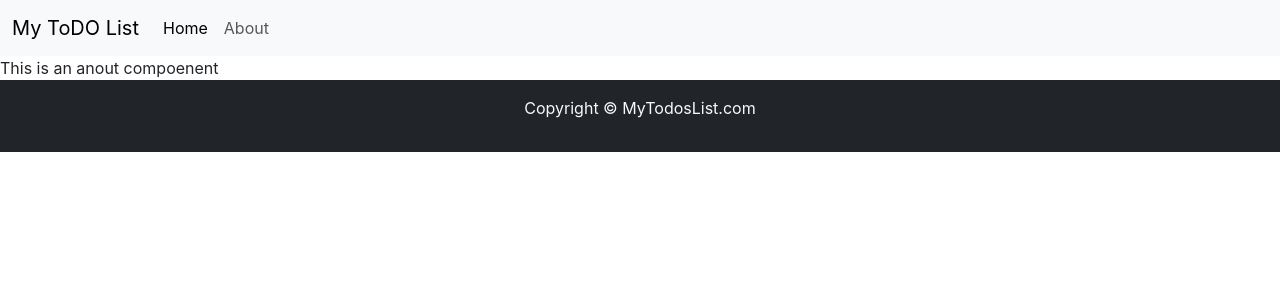
Repository: AshwinUgale/ToDoList
Page: /about
These files come from the project's save history. The page is drawn as it stood at one moment and after the next save; the edit follows.
The browser window is 1280 px wide. The pictures show the whole page.
The project was rebuilt for these pictures with package versions that can differ from the ones it lists, and the page was loaded fresh each time. Also part of the build but not shown: src/App.css, src/MyComponents/TodoItem.js, src/MyComponents/Todos.js, src/MyComponents/AddTodo.js.

Above is the page before, as saved 2024-12-21 18:57:13.

### public/index.html
<!DOCTYPE html>
<html lang="en">
  <head>
    <meta charset="utf-8" />
    <link rel="icon" href="%PUBLIC_URL%/favicon.ico" />
    <meta name="viewport" content="width=device-width, initial-scale=1" />
    <meta name="theme-color" content="#000000" />
    <meta
      name="description"
      content="Web site created using create-react-app"
    />
    <link rel="apple-touch-icon" href="%PUBLIC_URL%/logo192.png" />

    <link rel="manifest" href="%PUBLIC_URL%/manifest.json" />
    <link href="https://cdn.jsdelivr.net/npm/bootstrap@5.3.3/dist/css/bootstrap.min.css" rel="stylesheet" integrity="sha384-QWTKZyjpPEjISv5WaRU9OFeRpok6YctnYmDr5pNlyT2bRjXh0JMhjY6hW+ALEwIH" crossorigin="anonymous">
    <title>Todos List</title>
  </head>
  <body>
    <noscript>You need to enable JavaScript to run this app.</noscript>
    <div id="root"></div>


  </body>
  <script src="https://cdn.jsdelivr.net/npm/bootstrap@5.3.3/dist/js/bootstrap.bundle.min.js" integrity="sha384-YvpcrYf0tY3lHB60NNkmXc5s9fDVZLESaAA55NDzOxhy9GkcIdslK1eN7N6jIeHz" crossorigin="anonymous"></script>
</html>

### src/App.js
import './App.css';
import Header from './MyComponents/Header';
import { Footer } from "./MyComponents/Footer";
import { Todos } from "./MyComponents/Todos";
import React, { useState, useEffect } from 'react';
import { AddTodo } from "./MyComponents/AddTodo";
import { BrowserRouter as Router, Route, Routes } from "react-router-dom";
import { About } from "./MyComponents/About";

function App() {
  let initTodo;
  if (localStorage.getItem("todos") === null) {
    initTodo = [];
  } else {
    initTodo = JSON.parse(localStorage.getItem("todos"));
  }

  const onDelete = (todo) => {
    console.log("Delete", todo);
    setTodos(todos.filter((e) => {
      return e !== todo;
    }));
    localStorage.setItem("todos", JSON.stringify(todos));
  };

  const addTodo = (title, desc) => {
    let sno;
    if (todos.length === 0) {
      sno = 0;
    } else {
      sno = todos[todos.length - 1].sno + 1;
    }

    const myTodo = {
      sno: sno,
      title: title,
      desc: desc,
    };
    setTodos([...todos, myTodo]);
  };

  const [todos, setTodos] = useState(initTodo);
  useEffect(() => {
    localStorage.setItem("todos", JSON.stringify(todos));
  }, [todos]);

  return (
    <>
      <Router>
        <Header title="My ToDO List" searchBar={false} />
        <Routes>
          <Route
            exact
            path="/"
            element={
              <>
                <AddTodo addTodo={addTodo} />
                <Todos todos={todos} onDelete={onDelete} />
              </>
            }
          />
          <Route exact path="/about" element={<About />} />
        </Routes>
        <Footer />
      </Router>
    </>
  );
}

export default App;

### src/MyComponents/Header.js
import React from 'react';
import PropTypes from 'prop-types';
import { Link } from 'react-router-dom';

export default function Header({ title = "Your Title Here", searchBar = true }) {
    console.log("Props received in Header:", {title,searchBar});
  return (
    <nav className="navbar navbar-expand-lg bg-body-tertiary">
      <div className="container-fluid">
        <Link className="navbar-brand" to="/">{title}</Link>
        <button
          className="navbar-toggler"
          type="button"
          data-bs-toggle="collapse"
          data-bs-target="#navbarSupportedContent"
          aria-controls="navbarSupportedContent"
          aria-expanded="false"
          aria-label="Toggle navigation"
        >
          <span className="navbar-toggler-icon"></span>
        </button>
        <div className="collapse navbar-collapse" id="navbarSupportedContent">
          <ul className="navbar-nav me-auto mb-2 mb-lg-0">
            <li className="nav-item">
              <Link className="nav-link active" aria-current="page" to="/">Home</Link>
            </li>
            <li className="nav-item">
              <Link className="nav-link" to="/about">About</Link>
            </li>

          </ul>
          {searchBar?<form className="d-flex" role="search">
            <input
              className="form-control me-2"
              type="search"
              placeholder="Search"
              aria-label="Search"
            />
            <button className="btn btn-outline-success" type="submit">
              Search
            </button>
          </form>:""}
        </div>
      </div>
    </nav>
  )
}

Header.defaultProps ={
    title: "Your Title Here",
    searchBar: true
}

Header.propTypes = {
    title: PropTypes.string,
    searchBar: PropTypes.bool,
  };

### src/MyComponents/Footer.js
import React from 'react'

export const Footer = () => {
  return (
    <footer className='bg-dark text-light py-3'>
        <p className='text-center'>
          Copyright &copy; MyTodosList.com
        </p>
    </footer>
  )
}

### src/MyComponents/About.js
import React from 'react'

export const About = () => {
  return (
    <div>
        This is an anout compoenent
    </div>
  )
}

Loaded but not shown: src/index.js (common file); src/index.css (common file); src/reportWebVitals.js (common file)

After the next save:
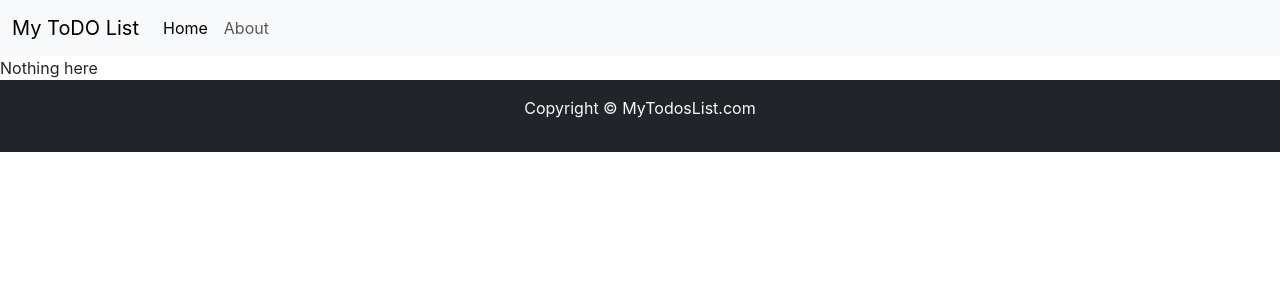
Saved 6 min 32 s later.
--- a/src/MyComponents/About.js
+++ b/src/MyComponents/About.js
@@ -3,7 +3,7 @@ import React from 'react'
 export const About = () => {
   return (
     <div>
-        This is an anout compoenent
+        Nothing here
     </div>
   )
 }
